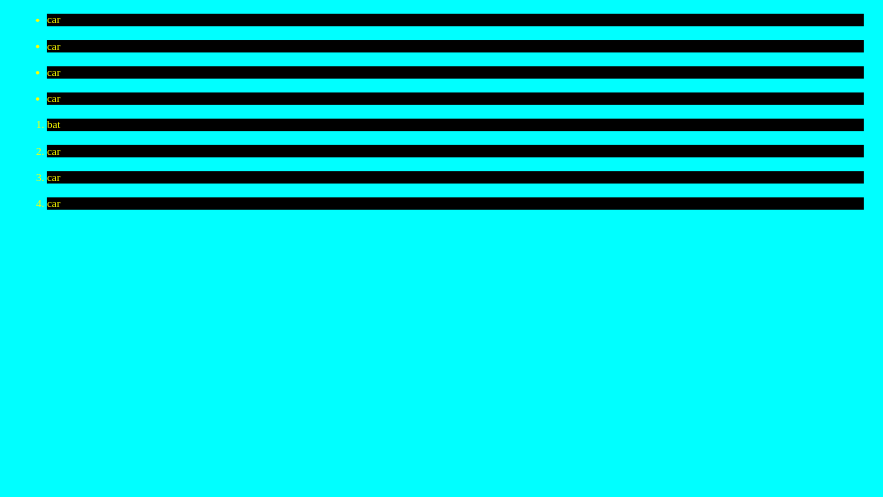
Repository: KrusanthS/PORTFOLIO-
Page: abcd.html
An editor plug-in stored every save of this project. The page is shown before and after the next save, followed by the edit.
The browser window is 1280 px wide. The pictures show the whole page, at 69% of full size.

Above is the page before, as saved 2026-01-29 19:33:29.

### abcd.html
<!DOCTYPE html>
<html lang="en">
<head>
    <meta charset="UTF-8">
    <meta name="viewport" content="width=device-width, initial-scale=1.0">
    <title>Document</title>
    <style>
        body{
            background-color: aqua;
        }
        li{
            color: yellow;
            background-color: black;
            margin: 20px;
        }
    </style>
</head>
<body>

        <ul>
            <li>car</li>
            <li>car</li>
            <li>car</li>
            <li>car</li>
        </ul>
        <ol>
            <li>bat</li>
            <li>car</li>
            <li>car</li>
            <li>car</li>
        </ol>

</body>
</html>

After the next save:
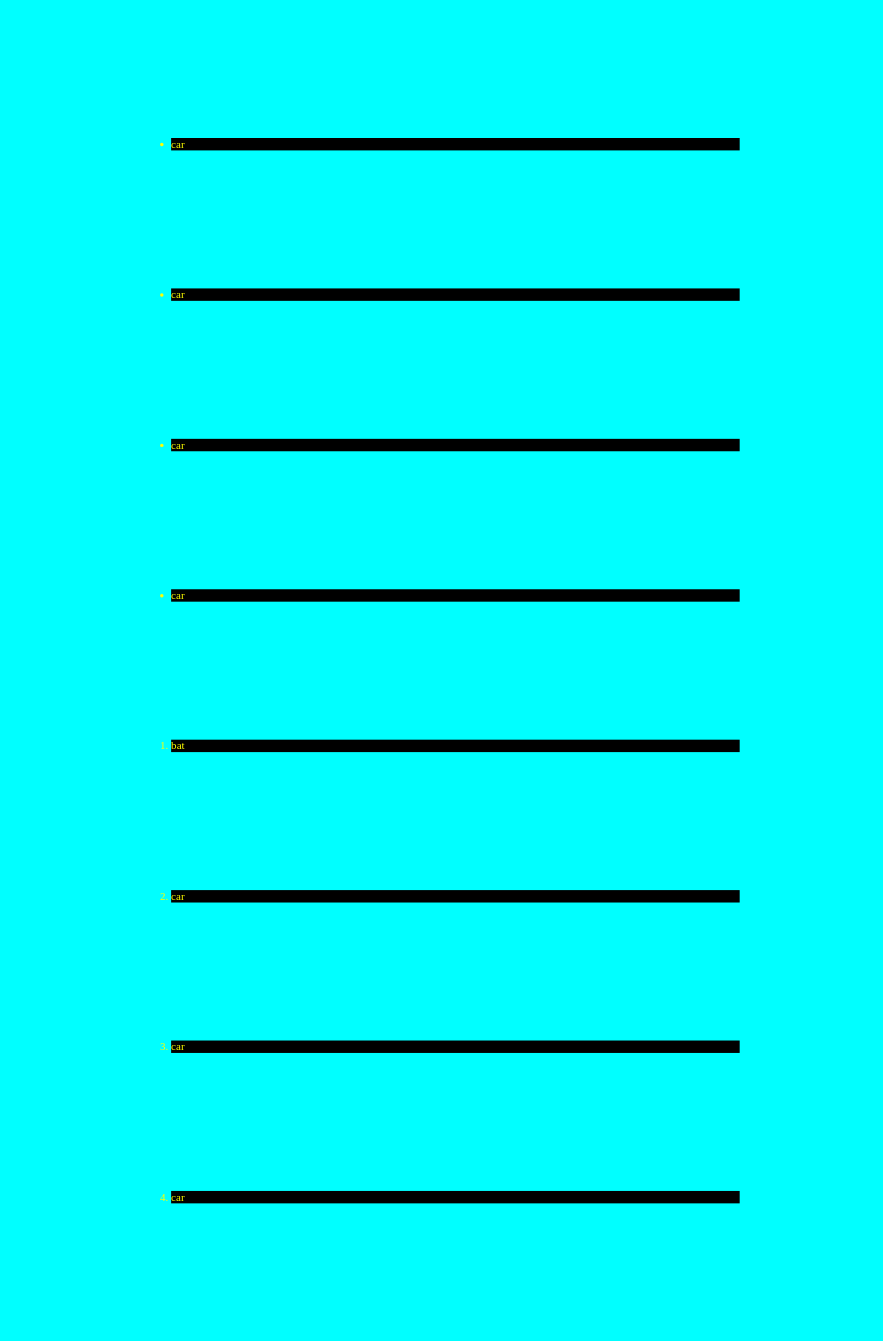
Saved 12 s later.
--- a/abcd.html
+++ b/abcd.html
@@ -11,7 +11,7 @@
         li{
             color: yellow;
             background-color: black;
-            margin: 20px;
+            margin: 200px;
         }
     </style>
 </head>
